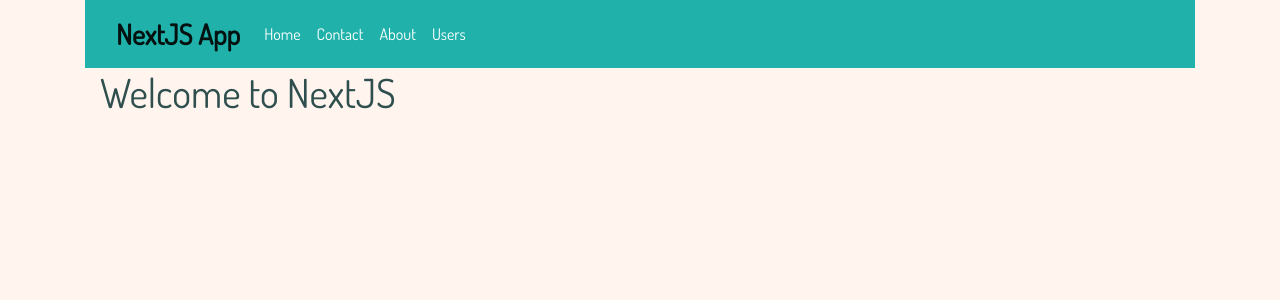
Repository: CaptainStorm21/NextJS-React16
Page: /
These files come from the project's save history. The page is drawn as it stood at one moment and after a run of saves; the edit follows.
The browser window is 1280 px wide. The pictures show the whole page.
The page's requests for data from a server got no answer. The project was rebuilt for these pictures with package versions that can differ from the ones it lists, and the page was loaded fresh each time. The framework's server and built-in components were replaced by stand-ins that run in the browser. No one was signed in, and anything a server would have sent is missing. Also part of the build but not shown: styles/main.css.

Above is the page before, as saved 2020-06-10 17:44:02.

After the next 2 saves:
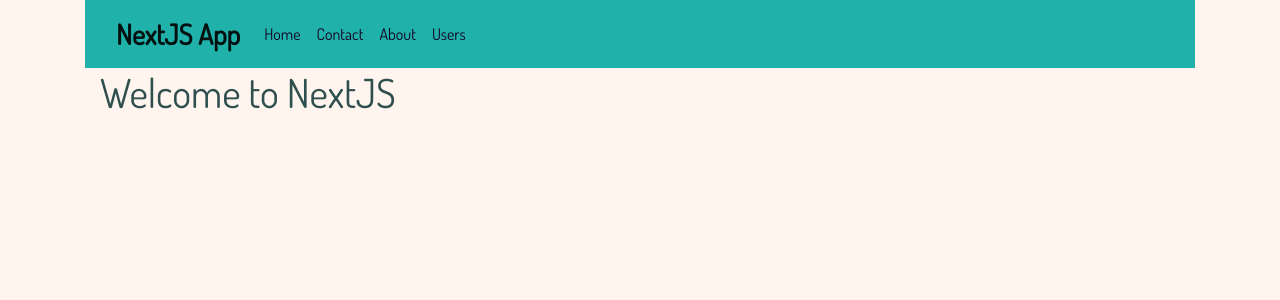
The 2 saves are shown as one change because they came seconds apart.
The last was saved 16 s later.
--- a/static/css/styles.css
+++ b/static/css/styles.css
@@ -14,7 +14,7 @@ header .navbar-brand {
 }
 
 header .navbar-nav .nav-item {
-  color: #ffffff !important;
+  color: #150222 !important;
 }
 
 body {
